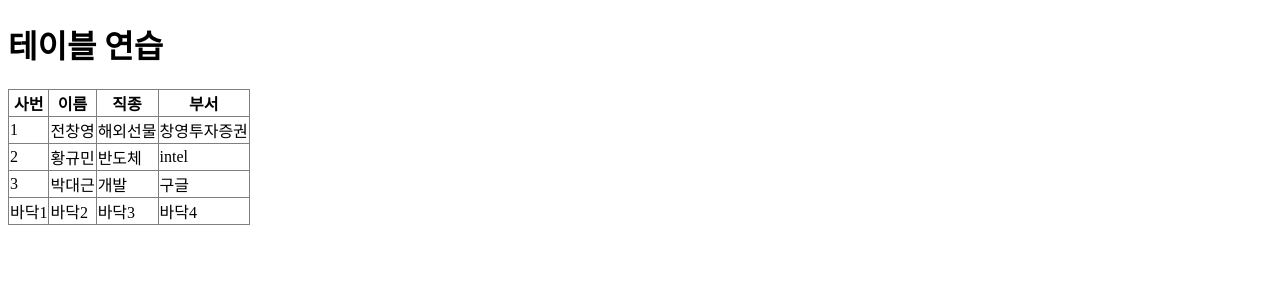
Repository: keeka2/webPractice
Page: MyStudy/HTML_Study/work/0821/WebContent/ex3.html
These files come from the project's save history. The page is drawn as it stood at one moment and after the next save; the edit follows.
The browser window is 1280 px wide. The pictures show the whole page.

Above is the page before, as saved 2020-08-21 04:51:28.

### MyStudy/HTML_Study/work/0821/WebContent/ex3.html
<!DOCTYPE html>
<html>
<head>
<meta charset="UTF-8">
<title>Insert title here</title>
</head>

<style>
	/*
	현재문서에서 table이라는 태그들에게  모두 적용한다.
	*/
	table{
		border-collapse: collapse;
	}
</style>
<body>
	<h1>테이블 연습</h1>
	<div>
		<table border="1">
			<thead><!-- 테이블 머리글 -->
				<tr>
					<th>사번</th>
					<th>이름</th>
					<th>직종</th>
					<th>부서</th>
				</tr><!-- 행 의미 -->
			</thead>

			<tfoot><!-- 테이블 바닥글 -->
				<tr>
					<td>바닥1</td>
					<td>바닥2</td>
					<td>바닥3</td>
					<td>바닥4</td>
				</tr>
			</tfoot>

			<tbody>
				<tr>
					<td>1</td>
					<td>전창영</td>
					<td>해외선물</td>
					<td>창영투자증권</td>
				</tr>
				<tr>
					<td>2</td>
					<td>황규민</td>
					<td>반도체</td>
					<td>intel</td>
				</tr>
				<tr>
					<td>3</td>
					<td>박대근</td>
					<td>개발</td>
					<td>구글</td>
				</tr>
			</tbody>
		</table>
	</div>
</body>
</html>

After the next save:
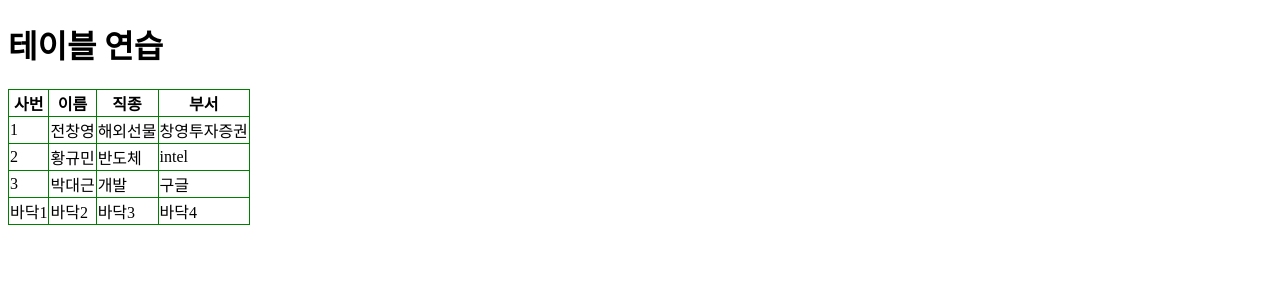
Saved 5 min 39 s later.
--- a/MyStudy/HTML_Study/work/0821/WebContent/ex3.html
+++ b/MyStudy/HTML_Study/work/0821/WebContent/ex3.html
@@ -11,6 +11,9 @@
 	*/
 	table{
 		border-collapse: collapse;
+		border: 1px;
+		border-color: green;
+		border-style:solid;
 	}
 </style>
 <body>
